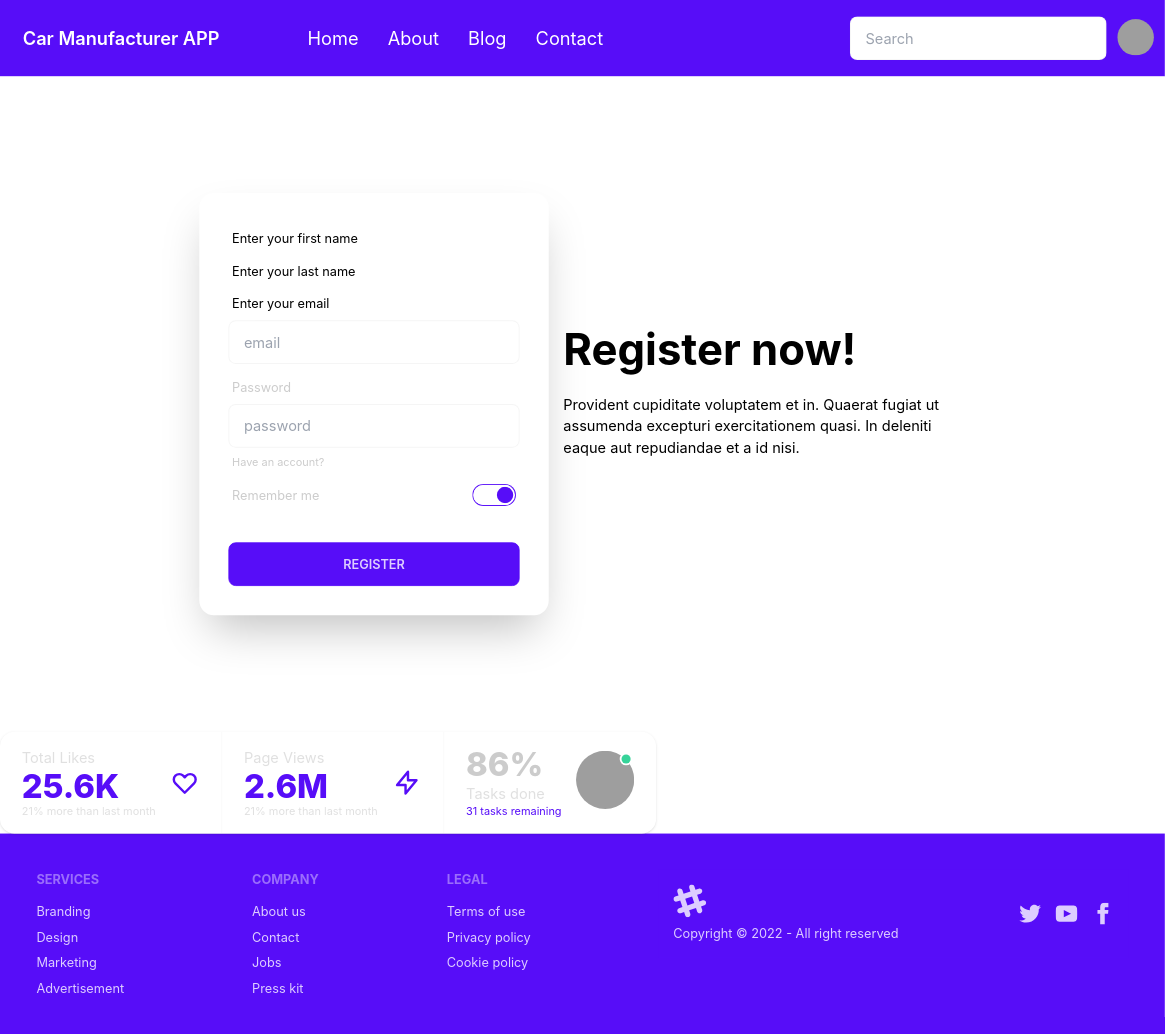
Repository: devsajid/car-manufacturer-app
Page: /register
The author's editor kept a copy of each file at every save. The page is drawn from the files as they stood at one save, then again after the next save.
The browser window is 1280 px wide. The pictures show the whole page, at 91% of full size.
Pictures or frames that could not be fetched are drawn as grey boxes. The project was rebuilt for these pictures with package versions that can differ from the ones it lists, and the page was loaded fresh each time. Also part of the build but not shown: src/App.css, src/Pages/Home/Home.js, src/Pages/About/About.js, src/Pages/Blog/Blog.js, src/Pages/Contact/Contact.js, src/Pages/Register/Login/Login.js.

Above is the page before, as saved 2022-05-22 23:59:11.

### src/App.js
import "./App.css";
import Navbar from "./SharedComponents/Navbar/Navbar";
import Home from "./Pages/Home/Home";
import About from "./Pages/About/About";
import Blog from "./Pages/Blog/Blog";
import { Routes, Route } from "react-router-dom";
import Contact from "./Pages/Contact/Contact";
import Register from "./Pages/Register/Register";
import Login from "./Pages/Register/Login/Login";
import Footer from "./SharedComponents/Footer/Footer";
import Portfolio from "./Pages/Portfolio/Portfolio";

function App() {
  return (
    <div>
      <Navbar></Navbar>
      <Routes>
        <Route path="/" element={<Home />} />
        <Route path="about" element={<About />} />
        <Route path="blog" element={<Blog />} />
        <Route path="contact" element={<Contact />} />
        <Route path="register" element={<Register />} />
        <Route path="login" element={<Login />} />
      </Routes>
      <Portfolio></Portfolio>
      <Footer></Footer>
    </div>
  );
}

export default App;

### src/SharedComponents/Navbar/Navbar.js
import React from "react";
import { Link } from "react-router-dom";

const Navbar = () => {
  return (
    <div>
      <div class="navbar bg-neutral text-base-100">
        <div class="navbar-start text-base-100">
          <div class="dropdown">
            <label tabindex="0" class="btn btn-ghost lg:hidden">
              <svg
                xmlns="http://www.w3.org/2000/svg"
                class="h-5 w-5"
                fill="none"
                viewBox="0 0 24 24"
                stroke="currentColor"
              >
                <path
                  stroke-linecap="round"
                  stroke-linejoin="round"
                  stroke-width="2"
                  d="M4 6h16M4 12h8m-8 6h16"
                />
              </svg>
            </label>
            <ul
              tabindex="0"
              class="menu menu-compact dropdown-content mt-3 p-2 shadow bg-neutral base-100 rounded-box w-100"
            >
              <li>
                <a>Home</a>
              </li>
              <li>
                <a>About</a>
              </li>
              <li>
                <a>Blog</a>
              </li>
              <li>
                <a>Contact</a>
              </li>
            </ul>
          </div>
          <a className="btn btn-ghost bg- normal-case text-base-100 text-xl">
            Car Manufacturer APP
          </a>
        </div>
        <div class="navbar hidden lg:flex">
          <ul class="menu menu-horizontal text-xl p-0">
            <li>
              <Link to="/">Home</Link>
            </li>

            <li>
              <Link to="/about">About</Link>
            </li>
            <li>
              <Link to="/blog">Blog</Link>
            </li>
            <li>
              <Link to="/contact">Contact</Link>
            </li>
          </ul>
        </div>
        <div class="flex-none gap-2">
          <div class="form-control">
            <input
              type="text"
              placeholder="Search"
              class="input input-bordered"
            />
          </div>
          <div class="dropdown dropdown-end navbar-end">
            <label tabindex="0" class="btn btn-ghost btn-circle avatar">
              <div class="w-10 rounded-full">
                <img src="https://api.lorem.space/image/face?hash=33791" />
              </div>
            </label>
            <ul
              tabindex="0"
              class="mt-3 p-2 shadow menu menu-compact dropdown-content bg-neutral base-100 rounded-box w-52"
            >
              <li>
                <a class="justify-between">
                  Profile
                  <span class="badge">New</span>
                </a>
              </li>
              <li>
                <Link to="/register">Register</Link>
              </li>
              <li>
                <a>Logout</a>
              </li>
            </ul>
          </div>
        </div>
      </div>
    </div>
  );
};

export default Navbar;

### src/Pages/Register/Register.js
import React from "react";
import { Link } from "react-router-dom";

const Register = () => {
  return (
    <div>
      <div class="hero min-h-screen bg-base-100">
        <div class="hero-content flex-col lg:flex-row-reverse">
          <div class="text-center lg:text-left" style={{ width: "30rem" }}>
            <h1 class="text-5xl font-bold text-black">Register now!</h1>
            <p class="py-6 text-black">
              Provident cupiditate voluptatem et in. Quaerat fugiat ut assumenda
              excepturi exercitationem quasi. In deleniti eaque aut repudiandae
              et a id nisi.
            </p>
          </div>
          <div class="card flex-shrink-0 w-full max-w-sm shadow-2xl bg-base-100">
            <div class="card-body">
              <div class="form-control">
                <label class="label text-black">
                  <span
                    class="label-text text-black"
                    placeholder="Enter your first name"
                  >
                    Enter your first name
                  </span>
                </label>
                <label class="label ">
                  <span
                    class="label-text text-black"
                    placeholder="Enter your last name"
                  >
                    Enter your last name
                  </span>
                </label>
                <label class="label ">
                  <span
                    class="label-text text-black"
                    placeholder="Enter your email"
                  >
                    Enter your email
                  </span>
                </label>
                <input
                  type="text"
                  placeholder="email"
                  class="input input-bordered text-black"
                />
              </div>
              <div class="form-control text-black">
                <label class="label">
                  <span class="label-text" placeholder="Enter your password">
                    Password
                  </span>
                </label>
                <input
                  type="text"
                  placeholder="password"
                  class="input input-bordered"
                />
                <label class="label">
                  <Link to="/login" class="label-text-alt link link-hover">
                    Have an account?
                  </Link>
                </label>
                <label class="label cursor-pointer">
                  <span class="label-text">Remember me</span>
                  <input
                    type="checkbox"
                    class="toggle toggle-primary"
                    checked
                  />
                </label>
              </div>
              <div class="form-control mt-6">
                <button class="btn btn-primary">Register</button>
              </div>
            </div>
          </div>
        </div>
      </div>
    </div>
  );
};

export default Register;

### src/SharedComponents/Footer/Footer.js
import React from "react";

const Footer = () => {
  return (
    <div>
      <footer class="footer p-10 bg-neutral text-neutral-content">
        <div>
          <span class="footer-title">Services</span>
          <a class="link link-hover">Branding</a>
          <a class="link link-hover">Design</a>
          <a class="link link-hover">Marketing</a>
          <a class="link link-hover">Advertisement</a>
        </div>
        <div>
          <span class="footer-title">Company</span>
          <a class="link link-hover">About us</a>
          <a class="link link-hover">Contact</a>
          <a class="link link-hover">Jobs</a>
          <a class="link link-hover">Press kit</a>
        </div>
        <div>
          <span class="footer-title">Legal</span>
          <a class="link link-hover">Terms of use</a>
          <a class="link link-hover">Privacy policy</a>
          <a class="link link-hover">Cookie policy</a>
        </div>

        <div class="footer items-center p-4 bg-neutral text-neutral-content">
          <div class=" items-center">
            <svg
              width="36"
              height="36"
              viewBox="0 0 24 24"
              xmlns="http://www.w3.org/2000/svg"
              fill-rule="evenodd"
              clip-rule="evenodd"
              class="fill-current"
            >
              <path d="M22.672 15.226l-2.432.811.841 2.515c.33 1.019-.209 2.127-1.23 2.456-1.15.325-2.148-.321-2.463-1.226l-.84-2.518-5.013 1.677.84 2.517c.391 1.203-.434 2.542-1.831 2.542-.88 0-1.601-.564-1.86-1.314l-.842-2.516-2.431.809c-1.135.328-2.145-.317-2.463-1.229-.329-1.018.211-2.127 1.231-2.456l2.432-.809-1.621-4.823-2.432.808c-1.355.384-2.558-.59-2.558-1.839 0-.817.509-1.582 1.327-1.846l2.433-.809-.842-2.515c-.33-1.02.211-2.129 1.232-2.458 1.02-.329 2.13.209 2.461 1.229l.842 2.515 5.011-1.677-.839-2.517c-.403-1.238.484-2.553 1.843-2.553.819 0 1.585.509 1.85 1.326l.841 2.517 2.431-.81c1.02-.33 2.131.211 2.461 1.229.332 1.018-.21 2.126-1.23 2.456l-2.433.809 1.622 4.823 2.433-.809c1.242-.401 2.557.484 2.557 1.838 0 .819-.51 1.583-1.328 1.847m-8.992-6.428l-5.01 1.675 1.619 4.828 5.011-1.674-1.62-4.829z"></path>
            </svg>
            <p>Copyright © 2022 - All right reserved</p>
          </div>
          <div class="grid-flow-col gap-4 md:place-self-center md:justify-self-end">
            <a>
              <svg
                xmlns="http://www.w3.org/2000/svg"
                width="24"
                height="24"
                viewBox="0 0 24 24"
                class="fill-current"
              >
                <path d="M24 4.557c-.883.392-1.832.656-2.828.775 1.017-.609 1.798-1.574 2.165-2.724-.951.564-2.005.974-3.127 1.195-.897-.957-2.178-1.555-3.594-1.555-3.179 0-5.515 2.966-4.797 6.045-4.091-.205-7.719-2.165-10.148-5.144-1.29 2.213-.669 5.108 1.523 6.574-.806-.026-1.566-.247-2.229-.616-.054 2.281 1.581 4.415 3.949 4.89-.693.188-1.452.232-2.224.084.626 1.956 2.444 3.379 4.6 3.419-2.07 1.623-4.678 2.348-7.29 2.04 2.179 1.397 4.768 2.212 7.548 2.212 9.142 0 14.307-7.721 13.995-14.646.962-.695 1.797-1.562 2.457-2.549z"></path>
              </svg>
            </a>
            <a>
              <svg
                xmlns="http://www.w3.org/2000/svg"
                width="24"
                height="24"
                viewBox="0 0 24 24"
                class="fill-current"
              >
                <path d="M19.615 3.184c-3.604-.246-11.631-.245-15.23 0-3.897.266-4.356 2.62-4.385 8.816.029 6.185.484 8.549 4.385 8.816 3.6.245 11.626.246 15.23 0 3.897-.266 4.356-2.62 4.385-8.816-.029-6.185-.484-8.549-4.385-8.816zm-10.615 12.816v-8l8 3.993-8 4.007z"></path>
              </svg>
            </a>
            <a>
              <svg
                xmlns="http://www.w3.org/2000/svg"
                width="24"
                height="24"
                viewBox="0 0 24 24"
                class="fill-current"
              >
                <path d="M9 8h-3v4h3v12h5v-12h3.642l.358-4h-4v-1.667c0-.955.192-1.333 1.115-1.333h2.885v-5h-3.808c-3.596 0-5.192 1.583-5.192 4.615v3.385z"></path>
              </svg>
            </a>
          </div>
        </div>
      </footer>
    </div>
  );
};

export default Footer;

### src/Pages/Portfolio/Portfolio.js
import React from "react";

const Portfolio = () => {
  return (
    <div>
      <div class="stats shadow">
        <div class="stat">
          <div class="stat-figure text-primary">
            <svg
              xmlns="http://www.w3.org/2000/svg"
              fill="none"
              viewBox="0 0 24 24"
              class="inline-block w-8 h-8 stroke-current"
            >
              <path
                stroke-linecap="round"
                stroke-linejoin="round"
                stroke-width="2"
                d="M4.318 6.318a4.5 4.5 0 000 6.364L12 20.364l7.682-7.682a4.5 4.5 0 00-6.364-6.364L12 7.636l-1.318-1.318a4.5 4.5 0 00-6.364 0z"
              ></path>
            </svg>
          </div>
          <div class="stat-title">Total Likes</div>
          <div class="stat-value text-primary">25.6K</div>
          <div class="stat-desc">21% more than last month</div>
        </div>

        <div class="stat">
          <div class="stat-figure text-secondary">
            <svg
              xmlns="http://www.w3.org/2000/svg"
              fill="none"
              viewBox="0 0 24 24"
              class="inline-block w-8 h-8 stroke-current"
            >
              <path
                stroke-linecap="round"
                stroke-linejoin="round"
                stroke-width="2"
                d="M13 10V3L4 14h7v7l9-11h-7z"
              ></path>
            </svg>
          </div>
          <div class="stat-title">Page Views</div>
          <div class="stat-value text-secondary">2.6M</div>
          <div class="stat-desc">21% more than last month</div>
        </div>

        <div class="stat">
          <div class="stat-figure text-secondary">
            <div class="avatar online">
              <div class="w-16 rounded-full">
                <img src="https://api.lorem.space/image/face?w=128&h=128" />
              </div>
            </div>
          </div>
          <div class="stat-value">86%</div>
          <div class="stat-title">Tasks done</div>
          <div class="stat-desc text-secondary">31 tasks remaining</div>
        </div>
      </div>
    </div>
  );
};

export default Portfolio;

### tailwind.config.js
module.exports = {
  content: ["./src/**/*.{js,jsx,ts,tsx}"],
  theme: {
    extend: {},
  },
  daisyui: {
    themes: [
      {
        mytheme: {
          primary: "#570DF8",

          secondary: "#570DF8",

          accent: "#F2F2F2",

          neutral: "#570DF8",

          info: "#3ABFF8",

          success: "#36D399",

          warning: "#FBBD23",

          error: "#F87272",
        },
      },
    ],
  },
  plugins: [require("daisyui")],
};

Loaded but not shown: public/index.html (common file); src/index.js (common file); src/index.css (common file); src/reportWebVitals.js (common file)

After the next save:
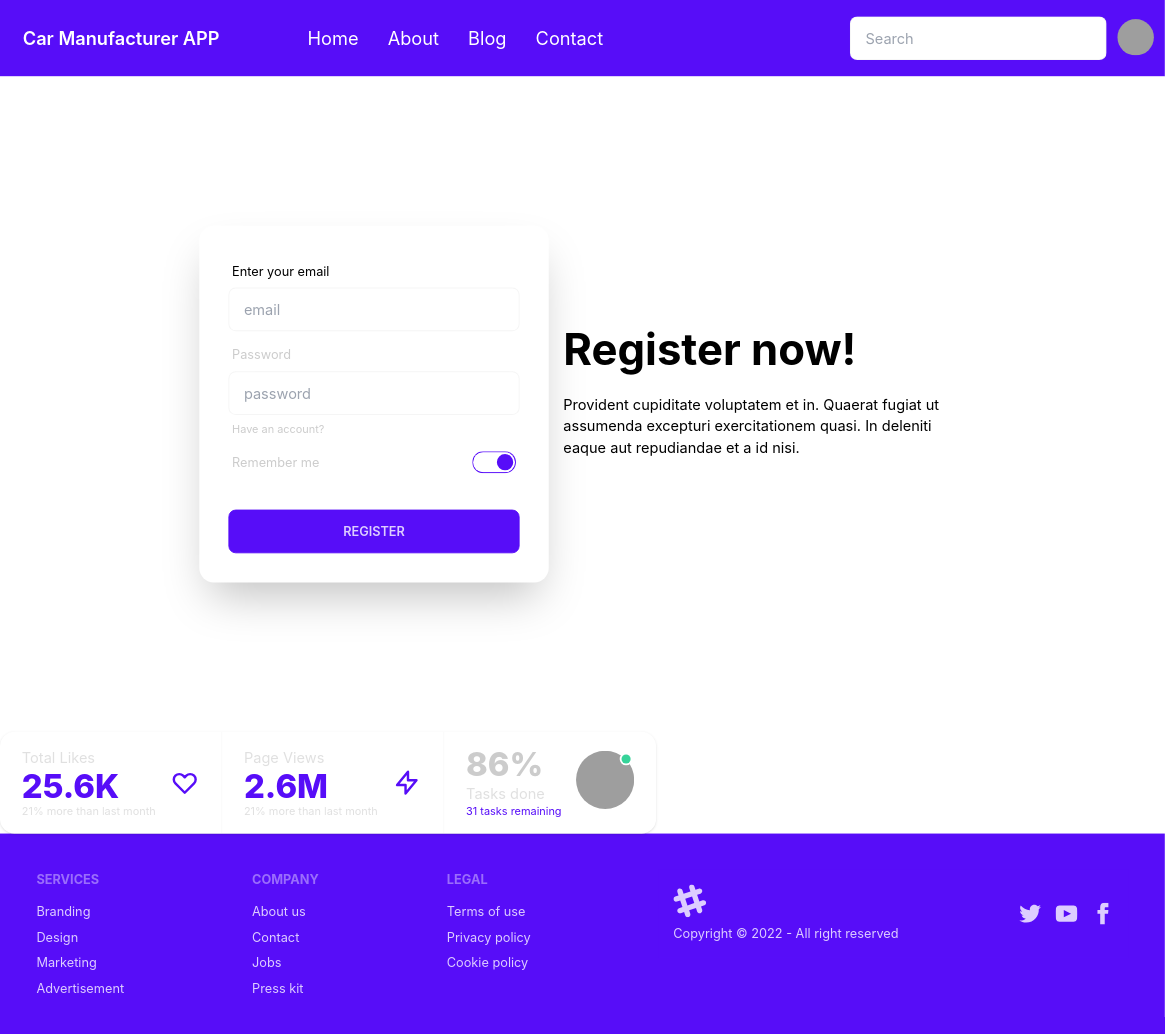
Saved 2 min 23 s later.
--- a/src/Pages/Register/Register.js
+++ b/src/Pages/Register/Register.js
@@ -17,7 +17,7 @@ const Register = () => {
           <div class="card flex-shrink-0 w-full max-w-sm shadow-2xl bg-base-100">
             <div class="card-body">
               <div class="form-control">
-                <label class="label text-black">
+                {/* <label class="label text-black">
                   <span
                     class="label-text text-black"
                     placeholder="Enter your first name"
@@ -32,7 +32,7 @@ const Register = () => {
                   >
                     Enter your last name
                   </span>
-                </label>
+                </label> */}
                 <label class="label ">
                   <span
                     class="label-text text-black"
